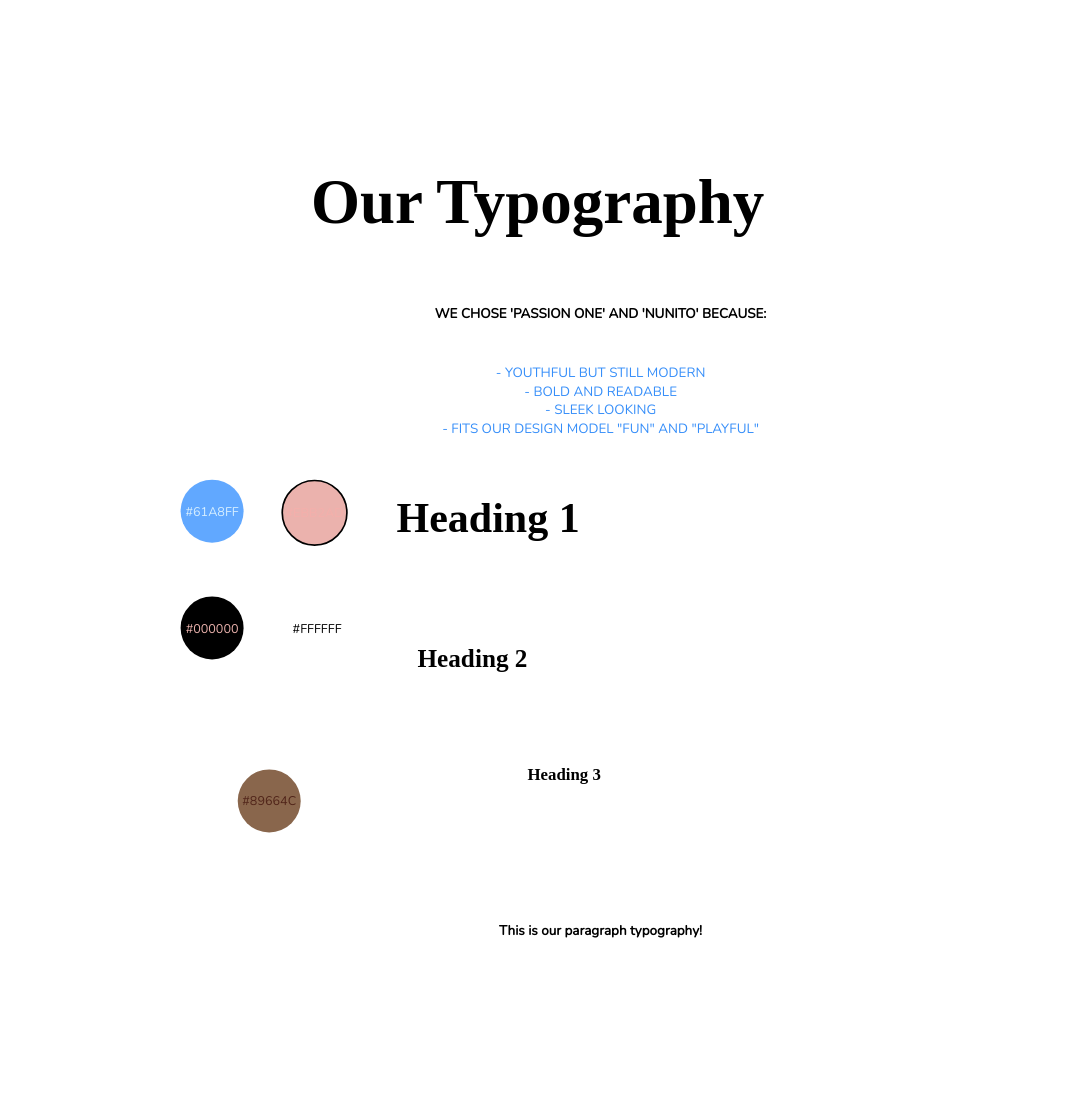
Repository: msyukurrr/styleguide
Page: typography.html
The author's editor kept a copy of each file at every save. The page is drawn from the files as they stood at one save, then again after the next save.
The browser window is 1280 px wide. The pictures show the whole page, at 84% of full size.
Some web fonts or font styles are not loaded; a fallback is used.

Above is the page before, as saved 2022-03-04 14:33:09.

### typography.html
<!DOCTYPE html>
<html lang="en">
<head>
    <meta charset="UTF-8">
    <meta http-equiv="X-UA-Compatible" content="IE=edge">
    <meta name="viewport" content="width=device-width, initial-scale=1.0">
    <title>Typography</title>

    <link href="style.css" rel="stylesheet">

    <link rel="preconnect" href="https://fonts.googleapis.com">
    <link rel="preconnect" href="https://fonts.gstatic.com" crossorigin>
    <link href="https://fonts.googleapis.com/css2?family=Passion+One:wght@700&display=swap" rel="stylesheet">
    <link rel="preconnect" href="https://fonts.googleapis.com">
    <link rel="preconnect" href="https://fonts.gstatic.com" crossorigin>
    <link href="https://fonts.googleapis.com/css2?family=Nunito&family=Passion+One:wght@700&display=swap" rel="stylesheet">

</head>
<body>
    <div class="typetitle">
        <h1 class="title">
            Our Typography
        </h1>
    </div>

    <div id="desctext">
        <p>
            WE CHOSE 'PASSION ONE' AND 'NUNITO' BECAUSE:
        </p>
            <span>- YOUTHFUL BUT STILL MODERN</span>
            <span>- BOLD AND READABLE</span>
            <span>- SLEEK LOOKING</span>
            <span>- FITS OUR DESIGN MODEL "FUN" AND "PLAYFUL" </span>
    </div>



    <div class="firstcont">
        <div id="hexcode1">
            <div class="blue">#61A8FF</div>

        </div>
            <div class="pink">#EBB2AD</div>
            <h1 class="first">
                Heading 1
            </h1>
    </div>
    <div class="seccont">
        <div class="black">#000000</div>
        <div class="white">#FFFFFF</div>

        <h2 class="second">
            Heading 2
        </h2>
    </div>
    <div class="thirdcont">
        <div class="brown">#89664C</div>
        <h3 class="third">
            Heading 3
        </h3>
    </div>
    <div class="fourthcont">
        <div class="blackletter"></div>
        <p class="fourth">
            This is our paragraph typography!
        </p>
    </div>


</body>
</html>

### style.css
body {
    margin: 165px;
  }

  .background {
    background-color: #EBB2AD;
}
  /*colourpalette*/

  .header {
  display: flex;
  flex-direction: column;
  align-items: center;
  font-family: 'passion one', cursive;
  font-size: 70px;
  margin: 50px;
  }

  .palette {
      display: flex;
  flex-direction: column;
  align-items: center;
  }

  .names {
      display: flex;
      flex-direction: row;
      justify-content: center;
      font-size: 20px;
      font-family: 'Nunito', sans-serif;
  }

  .colour {
      display: flex;
      flex-direction: column;
      align-items: center;
      font-size: 20px;
      font-family: 'Nunito', sans-serif;
      margin: 50px;
  }

  .bgheader {
  display: flex;
  flex-direction: column;
  align-items: flex-start;
  font-family: 'passion one', cursive;
  font-size: 50px;
  margin: 50px;
  }

  .textheader {
      display: flex;
  flex-direction: column;
  align-items: flex-start;
  font-family: 'passion one', cursive;
  font-size: 50px;
  margin: 50px;
  }

  .compheader {
      display: flex;
      flex-direction: column;
      align-items: flex-start;
      font-family: 'passion one', cursive;
      font-size: 50px;
      margin: 50px;
  }

  .background, .illustrations, .components {
      display: flex;
      flex-direction: column;
      align-items: center;
      font-size: 20px;
      font-family: 'Nunito', sans-serif;
      margin: 50px;
  }

  .pictures {
      display: flex;
      flex-direction: row;
      justify-content: center;
      margin: 50px;
  }

  .button, .cards {
      display: flex;
      flex-direction: row;
      justify-content: center;
      margin: 50px;
  }

  .background > img {
      margin: 40px;
  }

  .brown, .green, .pink, .blue, .lightbrown {
      margin: 58px;
  }

  .brown {
      color: #502419;
  }

  .green {
      color: #7ea172;
  }

  .pink {
      color: #f4afab;
  }

  .lightbrown {
      color: #af8d86;
  }

  .blue {
      color: #d6eeff;
  }

  /*typography*/

  .title {
      display: flex;
      position: relative;
      font-family: 'passion one', cursive;
      font-size: 75px;
      color:black;
      margin:0;
      top:0;
     text-align: center;

  }
  .titlecont{
      display:flex;
  ;
  }

  #desctext{
      text-align: center;
  }

  span{
      display: block;
      position: relative;
      margin: auto;
      font-family: 'nunito', sans-serif;
      text-align: center;
      color:#368ef9;
      margin-left:150px;
  }
  .blue{
      background-color:#61A8FF;
      width:75px;
      height:75px;
      display:flex;
      position:relative;
      margin:50px;
      border-radius: 50px;
      font-family: 'nunito', sans-serif;
      font-size: 15px;
      align-items: center;
      justify-content: center;
  }
  .pink{
      background-color:#EBB2AD;
      border:2px solid black;
      width:75px;
      height:75px;
      display:flex;
      position:absolute;
      left: 120px;
      margin:50px;
      border-radius: 60px;
      font-family: 'nunito', sans-serif;
      font-size: 15px;
      align-items: center;
      justify-content: center;
  }
  .black{
      background-color:black;
      width:75px;
      height:75px;
      display:flex;
      position:relative;
      left: 50px;
      border-radius: 60px;
      font-family: 'nunito', sans-serif;
      font-size: 15px;
      align-items: center;
      justify-content: center;
      color: #EBB2AD;
  }
  .white{
      background-color: white;
      width:75px;
      height:75px;
      display:flex;
      border-radius: 50px;
      position: relative;
      left: 100px;
      font-family: 'nunito', sans-serif;
      font-size: 15px;
      align-items: center;
      justify-content: center;
  }
  .brown{
      background-color: #89664C;
      width:75px;
      height:75px;
      display:flex;
      border-radius: 50px;
      position: relative;
      left: 60px;
      font-family: 'nunito', sans-serif;
      font-size: 15px;
      align-items: center;
      justify-content: center;
  }
  .firstcont{
      display: inline-flex;
      position:relative;
  }
  .seccont{
      display: inline-flex;

  }
  .thirdcont{
     display: inline-flex;

  }

  h1, h2, h3 {
      font-family: 'passion one', cursive;
      display: flex;
      justify-content: center;
      padding: 2rem;
  }
  p{
      font-family: 'nunito', sans-serif;
      display: flex;
      justify-content: center;
      padding:2rem;
      margin-left:150px;
      font-weight:bold;
  }
  .first {
      font-size: 50px;
      margin-left:100px;
  }
  .second{
      font-size: 30px;
      margin-left:150px;
  }
  .third{
      font-size: 20px;
      margin-left:240px;
  }


  /*logo*/
  .par {
    font-family: 'Nunito', sans-serif;
    font-size: 30px;
    margin: 50px;
}

.main {
    margin-top: 80px;
}

.head {
    background-color: #d6eeff;
    padding-left: 20px;
    padding-right: 20px;
    padding-top: 5px;
    padding-bottom: 5px;
    border-radius: 8px;
    margin-bottom: 20px;
}

.two {
        display: flex;
        flex-direction: row;
        flex-wrap: nowrap;
        justify-content: space-evenly;
        align-items: flex-start;
        align-content: stretch;
        padding: 20px;
}

.three {
        display: flex;
        flex-direction: row;
        flex-wrap: nowrap;
        justify-content: space-evenly;
        align-items: flex-start;
        align-content: stretch;
        padding: 20px;
}

#bg {
        background: #939393;
        border-radius: 20px;
    }

.column {
        margin: 10px;
            display: flex;
            flex-direction: column;
            flex-wrap: wrap;
            justify-content: flex-start;
            align-items: stretch;
            align-content: stretch;
    }

.pics {
    margin-top: 80px;
}

.favicon {
    margin-top: 80px;
    margin-left: 120px;
}

  /* Imagery, Icons & Graphics */



  .text {
    display: flex;
    font-size: 20px;
    font-family: 'Nunito', sans-serif;
    margin: 50px;
}


.colourhtml, .logohtml, .graphicshtml, .typographyhtml {
    display: flex;
    font-size: 40px;
    font-family: 'passion one', cursive;
    margin: 50px;
}

a.button {
    -webkit-appearance: button;
    -moz-appearance: button;
    appearance: button;
    background-color: white;
    width: 300px;
    height: 100px;
    border-radius: 15px;
    border: 10px solid pink;
}

After the next save:
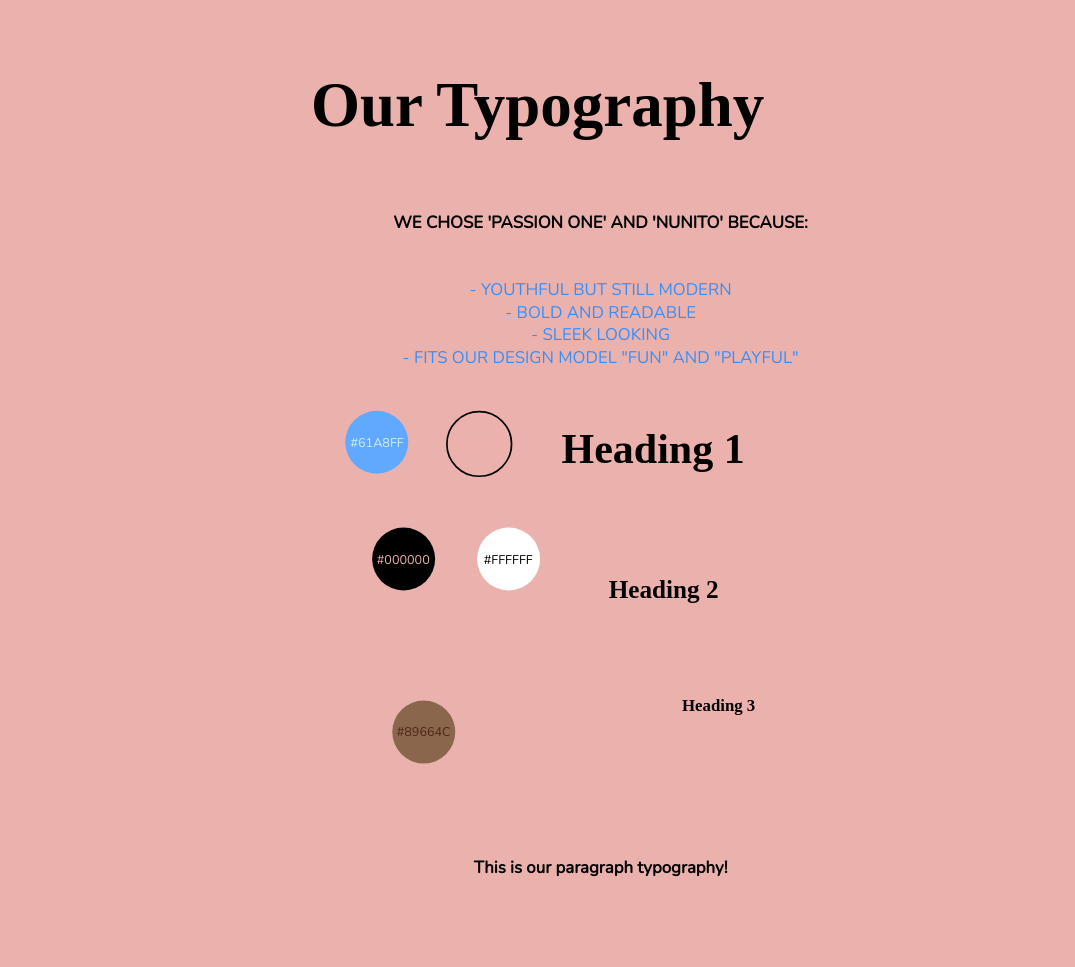
Saved 32 s later.
--- a/typography.html
+++ b/typography.html
@@ -16,7 +16,7 @@
     <link href="https://fonts.googleapis.com/css2?family=Nunito&family=Passion+One:wght@700&display=swap" rel="stylesheet">
 
 </head>
-<body>
+<body class="background">
     <div class="typetitle">
         <h1 class="title">
             Our Typography
